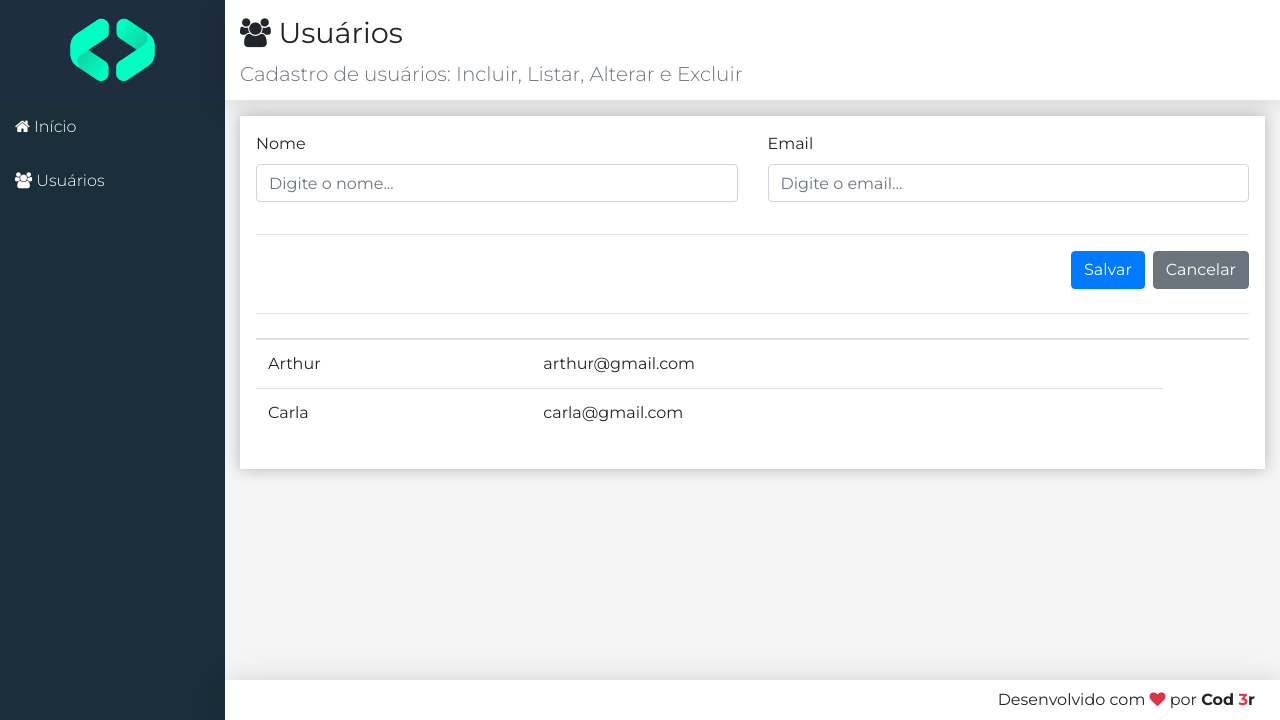
Repository: eversonps/projeto-cadastro-usuarios-firebase
Page: /users (app in frontend/)
An editor plug-in stored every save of this project. The page is shown before and after the next save, followed by the edit.
The browser window is 1280 px wide. The pictures show the whole page.
The project was rebuilt for these pictures with package versions that can differ from the ones it lists, and the page was loaded fresh each time. Requests to the local data server were answered from the project's data file. Also part of the build but not shown: frontend/src/components/home/home.jsx.

Above is the page before, as saved 2022-03-22 15:11:36.

### frontend/public/index.html
<!DOCTYPE html>
<html lang="en">
  <head>
    <meta charset="utf-8" />
    <link rel="icon" href="%PUBLIC_URL%/favicon.ico" />
    <link rel="preconnect" href="https://fonts.googleapis.com">
    <link rel="preconnect" href="https://fonts.gstatic.com" crossorigin>
    <link href="https://fonts.googleapis.com/css2?family=Montserrat:wght@300;400;700&display=swap" rel="stylesheet">
    <meta name="viewport" content="width=device-width, initial-scale=1" />
    <meta name="theme-color" content="#000000" />
    <meta
      name="description"
      content="Web site created using create-react-app"
    />
    <link rel="apple-touch-icon" href="%PUBLIC_URL%/logo192.png" />
    <!--
      manifest.json provides metadata used when your web app is installed on a
      user's mobile device or desktop. See https://developers.google.com/web/fundamentals/web-app-manifest/
    -->
    <link rel="manifest" href="%PUBLIC_URL%/manifest.json" />
    <!--
      Notice the use of %PUBLIC_URL% in the tags above.
      It will be replaced with the URL of the `public` folder during the build.
      Only files inside the `public` folder can be referenced from the HTML.

      Unlike "/favicon.ico" or "favicon.ico", "%PUBLIC_URL%/favicon.ico" will
      work correctly both with client-side routing and a non-root public URL.
      Learn how to configure a non-root public URL by running `npm run build`.
    -->
    <title>React App</title>
  </head>
  <body>
    <noscript>You need to enable JavaScript to run this app.</noscript>
    <div id="root"></div>
    <!--
      This HTML file is a template.
      If you open it directly in the browser, you will see an empty page.

      You can add webfonts, meta tags, or analytics to this file.
      The build step will place the bundled scripts into the <body> tag.

      To begin the development, run `npm start` or `yarn start`.
      To create a production bundle, use `npm run build` or `yarn build`.
    -->
  </body>
</html>

### frontend/src/index.js
import React from 'react';
import ReactDOM from 'react-dom';
import './index.css';
import App from './main/app';
import reportWebVitals from './reportWebVitals';

ReactDOM.render(
  <React.StrictMode>
    <App />
  </React.StrictMode>,
  document.getElementById('root')
);

// If you want to start measuring performance in your app, pass a function
// to log results (for example: reportWebVitals(console.log))
// or send to an analytics endpoint. Learn more: https://bit.ly/CRA-vitals
reportWebVitals();

### frontend/src/main/app.jsx
import "./app.css"
import "bootstrap/dist/css/bootstrap.min.css"
import "font-awesome/css/font-awesome.min.css"

import React from "react"

import Logo from "../components/template/logo"
import Nav from "../components/template/nav"
import Footer from "../components/template/footer"
import Routes from "./routes"

import {BrowserRouter as Router} from "react-router-dom"

export default props => {
    return (
        <div className="app">
            <Router>
                <Logo></Logo>
                <Nav></Nav>
                <Routes></Routes>
                <Footer></Footer>
            </Router>
        </div>
    )
}

### frontend/src/main/app.css
:root{
    --bg-dark: #1A2F3A;
    --logo-height: 100px;
    --header-height: 100px;
    --aside-width: 225px;
    --footer-height: 40px;

    --shadow: 0 2px 23px 0 rgba(0, 0, 0, 0.1), 0 2px 49px 0 rgba(0, 0, 0, 0.06);
}

* {
    box-sizing: border-box;
    font-family: 'Montserrat', sans-serif;
}

.app{
    margin: 0px;
    display: grid;
    grid-template-columns: var(--aside-width) 1fr;
    grid-template-rows: var(--header-height) 1fr var(--footer-height);
    grid-template-areas:
        "logo header"
        "menu content"
        "menu footer";
    height: 100vh;
    background-color: #F5F5F5;
}

aside.logo{
    grid-area: logo;
}

header.header{
    grid-area: header;
}

aside.menu-area{
    grid-area: menu;
}

main.content{
    grid-area: content;
}

footer.footer{
    grid-area: footer;
}

### frontend/src/components/template/logo.jsx
import React from "react"
import "./logo.css"
import logo from "../../assets/images/logo.png"

import { Link } from "react-router-dom"
export default props => (
    <aside className="logo">
        <Link to="/" className="logo">
            <img src={logo} alt="logo" />
        </Link>
    </aside>
)

### frontend/src/components/template/nav.jsx
import React from "react"
import "./nav.css"

import {Link} from "react-router-dom"

export default props => {
    return (
        <aside className="menu-area">
            <nav className="menu">
                <Link to="/">
                    <i className="fa fa-home"></i> Início
                </Link>
                <Link to="/users">
                    <i className="fa fa-users"></i> Usuários
                </Link>
            </nav>
        </aside>
    )
}

### frontend/src/components/template/footer.jsx
import React from "react";
import "./footer.css"

export default props => (
    <footer className="footer">
        <span>
            Desenvolvido com <i className="fa fa-heart text-danger"></i> por <strong>Cod <span className="text-danger">3</span>r</strong>
        </span>
    </footer>
)

### frontend/src/main/routes.jsx
import React from "react";
import {Routes, Route} from "react-router-dom"

import Home from "../components/home/home"
import UserCrud from "../components/user/userCrud"

export default props => (
    <Routes>
        <Route path="/" element={<Home />}/>
        <Route path="/users" element={<UserCrud />}/>
        <Route path="*" element={<Home />}/>
    </Routes>
)

### frontend/src/components/template/logo.css
aside.logo{
    background-color: var(--bg-dark);
    display: flex;
    justify-content: center;
    align-items: center;
}

aside.logo img {
    width: 100%;
}

### frontend/src/components/template/nav.css
aside.menu-area{
    background-color: var(--bg-dark);
    box-shadow: 2px 0 10px 0 rgba(0,0,0,0.12), rgba(0,0,0,0.09);
}

.menu a{
    display: block;
    text-decoration: none;
    color: #FFF;
    font-weight: 300;
    padding: 15px;
}

.menu a:hover {
    background: linear-gradient(135deg, #07A7E3 0%, #32DAC3 100%);
}

### frontend/src/components/template/footer.css
footer.footer{
    display: flex;
    align-items: center;
    justify-content: flex-end;
    padding: 0 25px;
    background-color: #FFF;
    box-shadow: var(--shadow);
}

### frontend/src/components/user/userCrud.jsx
import React, {Component, useReducer} from "react"
import Main from "../template/main"
import axios from "axios"

const headerProps = {
    icon: "users",
    title: "Usuários",
    subtitle: "Cadastro de usuários: Incluir, Listar, Alterar e Excluir"
}

const baseUrl = "http://localhost:3001/users"
const initialState = {
    user: {name: "", email: ""},
    list: []
}

export default class UserCrud extends Component{
    state = { ...initialState }

    componentWillMount(){
        axios(baseUrl).then(resp => {
            this.setState({list: resp.data})
        })
    }

    clear(){
        this.setState({user: initialState.user})
    }

    save(){
        const user = this.state.user
        const method = user.id ? "put" : "post"
        const url = user.id ? `${baseUrl}/${user.id}` : baseUrl
        axios[method](url, user).then(resp => {
            const list = this.getUpdatedList(resp.data)
            this.setState({user: initialState.user, list})
        })
    }

    getUpdatedList(user){
        const list = this.state.list.filter(u => u.id !== user.id)
        if(user) list.unshift(user)
        return list
    }

    updateField(event){
        const user = {...this.state.user}
        user[event.target.name] = event.target.value
        this.setState({ user })
    }

    renderForm(){
        return (
            <div className="form">
                <div className="row">
                    <div className="col-12 col-md-6">
                        <div className="form-group">
                            <label>Nome</label>
                            <input type="text" className="form-control" name="name" value={this.state.user.name} onChange={e => this.updateField(e)} placeholder="Digite o nome..."/>
                        </div>
                    </div>

                    <div className="col-12 col-md-6">
                        <div className="form-group">
                            <label>Email</label>
                            <input type="text" className="form-control" name="email" value={this.state.user.email} onChange={e => this.updateField(e)} placeholder="Digite o email..."/>
                        </div>
                    </div>
                </div>

                <hr />

                <div className="row">
                    <div className="col-12 d-flex justify-content-end">
                        <button className="btn btn-primary" onClick={e => this.save(e)}>Salvar</button>
                        <button className="btn btn-secondary ml-2" onClick={e => this.clear(e)}>Cancelar</button>
                    </div>
                </div>
            </div>
        )
    }

    load(user){
        this.setState({ user })
    }

    remove(user){
        axios.delete(`${baseUrl}/${user.id}`).then(resp => {
            const list = this.getUpdatedList(null)
            this.setState({ list })
        })
    }

    renderTable(){
        return (
            <table className="table mt-4">
                <thead>
                    <tr>
                        <th></th>
                        <th></th>
                        <th></th>
                    </tr>
                </thead>
                <tbody>
                    {this.renderRows()}
                </tbody>
            </table>
        )
    }

    renderRows(){
        const trs = this.state.list.map(u => {
            return(
                <tr key={u.id}>
                    <td>{u.name}</td>
                    <td>{u.email}</td>
                </tr>
            )
        })

        return trs
    }

    render(){
        return (
            <Main {...headerProps}>
                {this.renderForm()}
                {this.renderTable()}
            </Main>
        )
    }
}

### frontend/src/components/template/main.jsx
import React from "react"
import Header from "./header"
import "./main.css"

export default props => (
    <>
        <Header {...props}></Header>
        <main className="content container-fluid">
            <div className="p-3 mt-3">
                {props.children}
            </div>
        </main>
    </>
)

### frontend/src/components/template/header.jsx
import React from "react";
import "./header.css"

export default props => (
    <header className="header d-none d-sm-flex flex-column">
        <h1 className="mt-3">
            <i className={`fa fa-${props.icon}`}></i> {props.title}
        </h1>
        <p className="lead text-muted">{props.subtitle}</p>
    </header>
)

### frontend/src/components/template/header.css
header.header{
    background-color: #FFF;
    padding: 0px 15px;
    overflow: hidden;
    white-space: nowrap;
    box-shadow: var(--shadow);
}

header.header h1{
    font-size: 1.8em;
}

### backend/db.json
{
    "users": [{
        "id": 1,
        "name": "Arthur",
        "email": "arthur@gmail.com"
    }, {
        "id": 2,
        "name": "Carla",
        "email": "carla@gmail.com"
    }]
}

Loaded but not shown: frontend/src/index.css (common file); frontend/src/reportWebVitals.js (common file); frontend/src/components/template/main.css (common file)

After the next save:
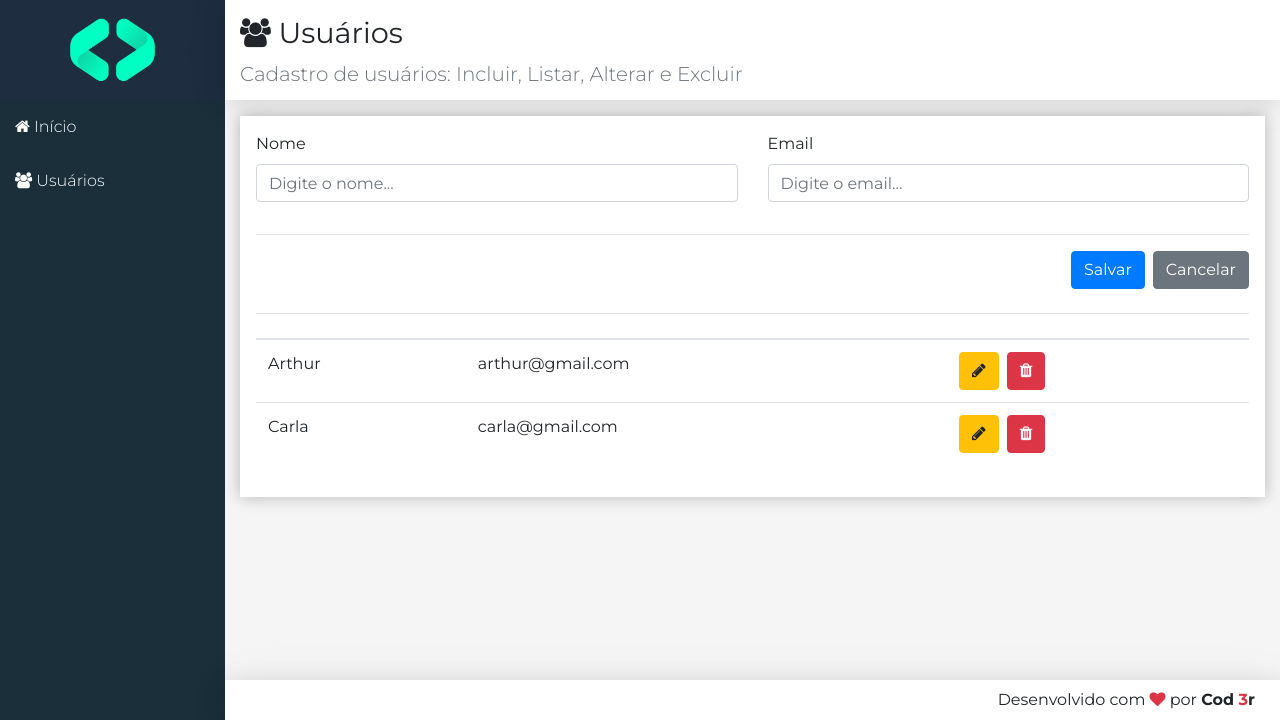
Saved 119 s later.
--- a/frontend/src/components/user/userCrud.jsx
+++ b/frontend/src/components/user/userCrud.jsx
@@ -114,6 +114,14 @@ export default class UserCrud extends Component{
                 <tr key={u.id}>
                     <td>{u.name}</td>
                     <td>{u.email}</td>
+                    <td>
+                        <button className="btn btn-warning">
+                            <i className="fa fa-pencil"></i>
+                        </button>
+                        <button className="btn btn-danger ml-2">
+                            <i className="fa fa-trash"></i>
+                        </button>
+                    </td>
                 </tr>
             )
         })
